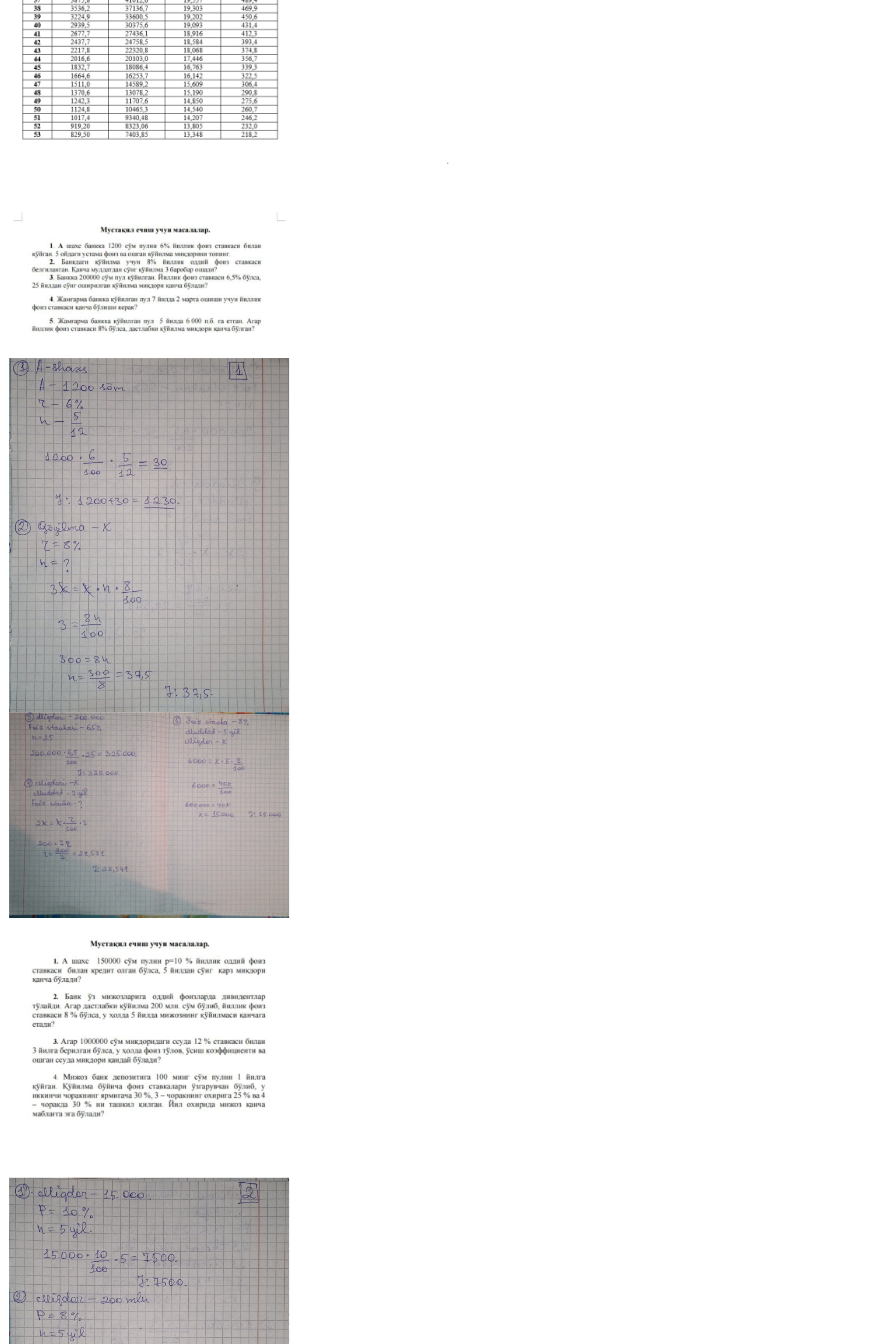
Repository: Ikromkhurozov/exam-inst
Page: index.html
These files come from the project's save history. The page is drawn as it stood at one moment and after the next save; the edit follows.
The browser window is 1280 px wide. The pictures show the part of the page from y = 1481 to 3401 px (the page is 4906 px tall before and 8020 px after), at 70% of full size.

Above is the page before, as saved 2023-05-26 09:57:02.

### index.html
<!DOCTYPE html>
<html lang="en">
<head>
  <meta charset="UTF-8">
  <meta http-equiv="X-UA-Compatible" content="IE=edge">
  <meta name="viewport" content="width=device-width, initial-scale=1.0">
  <title>Document</title>

  <style>

    body{
      display: flex;
      flex-direction: column;
      padding: 5px;
    }

    img{
      width: 400px;
      height: auto;
    }

  </style>
</head>
<body>

  <img src="/p1.jpg" alt="p1">
  <img src="/p4.jpg" alt="p4">
  <img src="/p2.jpg" alt="p2">
  <img src="/p3.jpg" alt="p3">

  <hr>



  <br>
  <br>
  <br>

  <img src="/1.jpg" alt="p1">
  <img src="/2.jpg" alt="p4">
  <img src="/3.jpg" alt="p2">
  <img src="/4.jpg" alt="p3">
  <img src="/5.jpg" alt="p4">
  <img src="/6.jpg" alt="p2">
  <img src="/7.jpg" alt="p3">
  <img src="/8.jpg" alt="p3">



  <script src="./script.js"></script>

</body>
</html>

### script.js

let a = {
  name: "77"
};

let b = a;

b.name = "99";

console.log("a", a);
console.log("b", b);

After the next save:
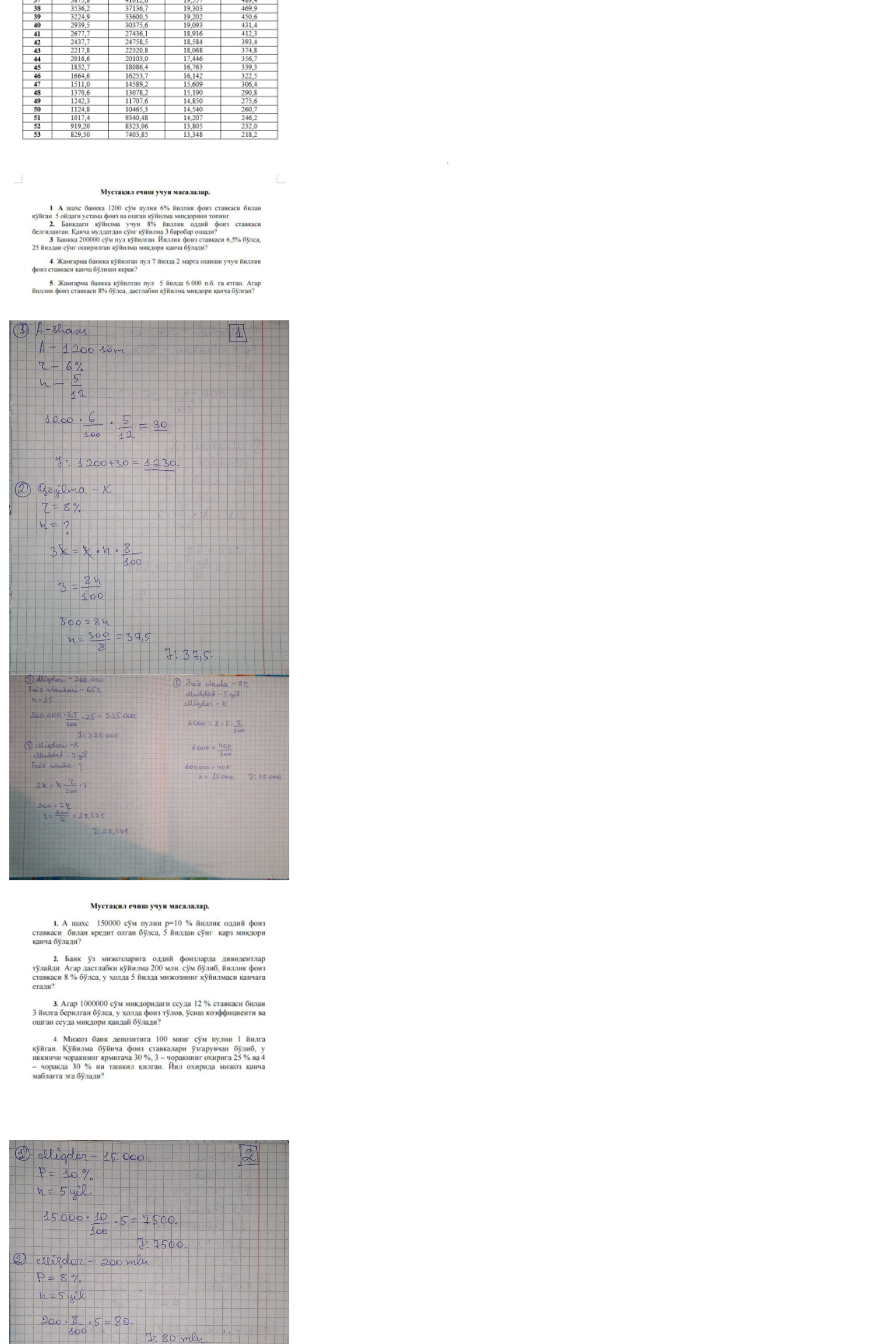
Saved 8 s later.
--- a/index.html
+++ b/index.html
@@ -30,7 +30,14 @@
 
   <hr>
 
-
+  <img src="/1.jpg" alt="p1">
+  <img src="/2.jpg" alt="p4">
+  <img src="/3.jpg" alt="p2">
+  <img src="/4.jpg" alt="p3">
+  <img src="/5.jpg" alt="p4">
+  <img src="/6.jpg" alt="p2">
+  <img src="/7.jpg" alt="p3">
+  <img src="/8.jpg" alt="p3">
 
   <br>
   <br>
